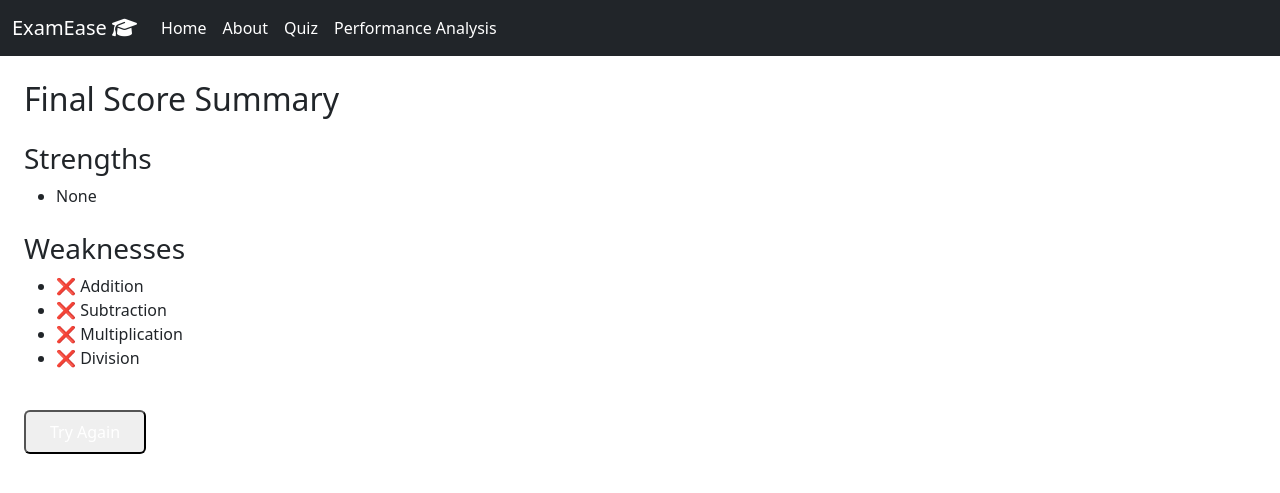
Repository: rahul-chakradhari/devquest
Page: /ana (app in project/)
An editor plug-in stored every save of this project. The page is shown before and after the next save, followed by the edit.
The browser window is 1280 px wide. The pictures show the whole page.
The project was rebuilt for these pictures with package versions that can differ from the ones it lists, and the page was loaded fresh each time. Also part of the build but not shown: project/vite.config.js, project/src/App.css, project/src/components/Home.jsx, project/src/components/About.jsx, project/src/components/ProgressBar.jsx, project/src/components/Quiz.jsx, project/src/index.css.

Above is the page before, as saved 2025-02-24 13:57:22.

After the next save:
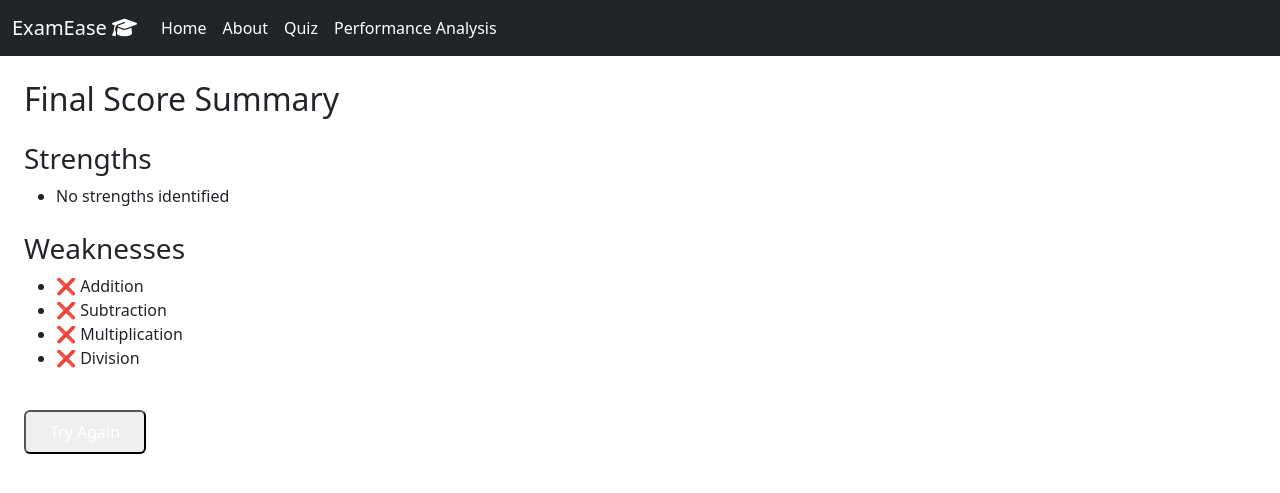
Saved 3 min 19 s later.
--- a/project/src/components/PerformanceAnalysis.jsx
+++ b/project/src/components/PerformanceAnalysis.jsx
@@ -6,12 +6,15 @@ const PerformanceAnalysis = () => {
   const navigate = useNavigate();
   const correctAnswers = location.state?.correctAnswers || [];
 
-  // Define question categories
+  // Convert correctAnswers from 0-based to 1-based indexing
+  const correctedAnswers = correctAnswers.map((q) => q + 1);
+
+  // Define question categories correctly
   const questionCategories = {
-    Addition: [1, 3, 6, 8, 9],
-    Subtraction: [2, 5, 8],
-    Multiplication: [6, 10],
-    Division: [4, 7, 9],
+    Addition: [1, 5, 9],
+    Subtraction: [2, 4, 8],
+    Multiplication: [3, 6, 10],
+    Division: [7],
   };
 
   let questionStats = {
@@ -22,7 +25,7 @@ const PerformanceAnalysis = () => {
   };
 
   // Count correct answers in each category
-  correctAnswers.forEach((q) => {
+  correctedAnswers.forEach((q) => {
     for (let category in questionCategories) {
       if (questionCategories[category].includes(q)) {
         questionStats[category]++;
@@ -56,7 +59,7 @@ const PerformanceAnalysis = () => {
         {strengths.length > 0 ? (
           strengths.map((s, index) => <li key={index}>✅ {s}</li>)
         ) : (
-          <li>None</li>
+          <li>No strengths identified</li>
         )}
       </ul>
 
@@ -65,7 +68,7 @@ const PerformanceAnalysis = () => {
         {weaknesses.length > 0 ? (
           weaknesses.map((w, index) => <li key={index}>❌ {w}</li>)
         ) : (
-          <li>None</li>
+          <li>No weaknesses identified</li>
         )}
       </ul>
 
